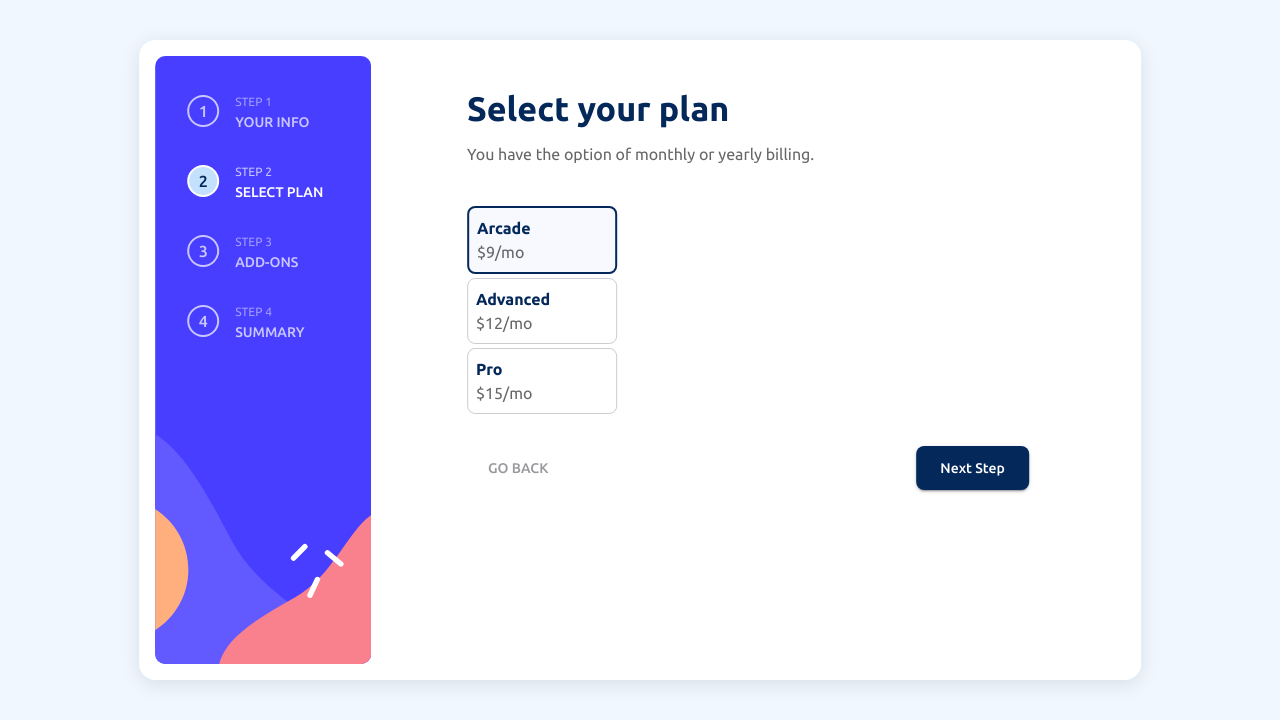
Repository: ozerrrs/chalange7days
Page: / (app in 7dayschalange/7dayschallange/), after clicking the first element matching `button.MuiButtonBase-root`
An editor plug-in stored every save of this project. The page is shown before and after the next save, followed by the edit.
The browser window is 1280 px wide. The pictures show the whole page.
The project was rebuilt for these pictures with package versions that can differ from the ones it lists, and the page was loaded fresh each time. Also part of the build but not shown: 7dayschalange/7dayschallange/vite.config.js.

Above is the page before, as saved 2025-03-05 15:34:20.

### 7dayschalange/7dayschallange/src/main.jsx
import * as React from "react";
import * as ReactDOM from "react-dom/client";
import { ThemeProvider } from "@mui/material/styles";
import { CssBaseline } from "@mui/material";
import theme from "./theme/theme";
import App from "./App";
import "./index.css";
ReactDOM.createRoot(document.getElementById("root")).render(
  <React.StrictMode>
    <ThemeProvider theme={theme}>
      <CssBaseline />
      <App />
    </ThemeProvider>
  </React.StrictMode>
);

### 7dayschalange/7dayschallange/src/theme/theme.jsx
import { createTheme } from "@mui/material/styles";

const theme = createTheme({
  typography: {
    fontFamily: "'Ubuntu', sans-serif",
    h4: {
      fontWeight: 700,
    },
    h2: {
      fontWeight: 500,
    },
  },
  components: {
    MuiCssBaseline: {
      styleOverrides: `
        body {
          background-color: #f0f7ff;
        }
      `,
    },
  },
});

export default theme;

### 7dayschalange/7dayschallange/src/App.jsx
import { Routes, Route, BrowserRouter } from "react-router-dom";
import FirstPage from "./pages/firstPage";
import "@fontsource/ubuntu/400.css"; // Regular
import "@fontsource/ubuntu/500.css"; // Medium
import "@fontsource/ubuntu/700.css"; // Bold
function App() {
  return (
    <BrowserRouter>
      <Routes>
        <Route path="/" element={<FirstPage />} />
        {/* <Route path="/about" element={<About />} />
          <Route path="/login" element={<Login />} />
          <Route path="/register" element={<Register />} /> */}
      </Routes>
    </BrowserRouter>
  );
}
export default App;

### 7dayschalange/7dayschallange/src/index.css
#root {
  height: 100vh;
  width: 100vw;
  background-color: #f0f7ff;
}

### 7dayschalange/7dayschallange/src/pages/firstPage.jsx
import React, { useState } from "react";
import {
  Box,
  TextField,
  Typography,
  Button,
  Stepper,
  Step,
  StepLabel,
  Paper,
  Container,
  Grid,
  CssBaseline,
  Radio,
  RadioGroup,
  FormControlLabel,
  FormControl,
} from "@mui/material";
import { styled, ThemeProvider } from "@mui/material/styles";
// Import the background image for the sidebar
import backgroundNav from "../assets/bg-sidebar-desktop.svg"; // Adjust the path as needed

const FormContainer = styled(Paper)(({ theme }) => ({
  padding: theme.spacing(2),
  borderRadius: 16,
  boxShadow: "0px 4px 20px rgba(0, 0, 0, 0.1)",
  display: "flex",
  overflow: "hidden",
  minWidth: 1000,
  minHeight: 640,
  margin: "0 auto",
  position: "absolute",
  top: "50%",
  left: "50%",
  transform: "translate(-50%, -50%)",
}));

const SideBar = styled(Box)(({ theme }) => ({
  padding: theme.spacing(4),
  borderRadius: "10px 10px 10px 10px",
  color: "white",
  width: 274,
  position: "relative",
  overflow: "hidden",
  background: "none",
  minHeight: 568,
}));

const ContentArea = styled(Box)(({ theme }) => ({
  paddingLeft: theme.spacing(12),
  paddingRight: theme.spacing(12),
  paddingTop: theme.spacing(4),
  paddingBottom: theme.spacing(4),
  width: "100%",
}));

const NextButton = styled(Button)(({ theme }) => ({
  backgroundColor: "#04285a",
  color: "white",
  borderRadius: 8,
  padding: "10px 24px",
  textTransform: "none", // This prevents uppercase text

  "&:hover": {
    backgroundColor: "#172b4d",
  },
}));

const StyledTextField = styled(TextField)(({ theme }) => ({
  marginBottom: theme.spacing(2),
  "& .MuiOutlinedInput-root": {
    borderRadius: "10px",
    "& fieldset": {
      borderRadius: "10px",
    },
  },
}));

const StepNumber = styled(Box)(({ theme, active }) => ({
  width: 32,
  height: 32,
  borderRadius: "50%",
  border: "2px solid white",
  display: "flex",
  alignItems: "center",
  justifyContent: "center",
  marginRight: theme.spacing(2),
  backgroundColor: active ? "#c3e0ff" : "transparent", // Blue background when active
  color: active ? "#04285a" : "white",
  fontWeight: 500,
}));

const StepItem = styled(Box)(({ theme, active }) => ({
  display: "flex",
  alignItems: "center",
  marginBottom: theme.spacing(3),
  opacity: active ? 1 : 0.7,
}));

const PlanCard = styled(Box)(({ theme, selected }) => ({
  padding: theme.spacing(1),
  borderRadius: 8,
  flex: 1,
  border: selected ? "2px solid #04285a" : "1px solid #ccc",
  backgroundColor: selected ? "#f8f9ff" : "transparent",
  cursor: "pointer",
  width: "150px",
  transition: "all 0.2s ease-in-out",
  display: "flex",
  "&:hover": {
    borderColor: "#04285a",
  },
}));

const steps = [
  { label: "YOUR INFO", description: "Personal details" },
  { label: "SELECT PLAN", description: "Choose your plan" },
  { label: "ADD-ONS", description: "Add extra features" },
  { label: "SUMMARY", description: "Review your order" },
];

function MultiStepForm() {
  const [activeStep, setActiveStep] = useState(0);
  const [formData, setFormData] = useState({
    name: "",
    email: "",
    phone: "",
    plan: "arcade", // Default plan
  });

  const handleInputChange = (e) => {
    const { name, value } = e.target;
    setFormData({
      ...formData,
      [name]: value,
    });
  };

  const handlePlanChange = (event) => {
    setFormData({
      ...formData,
      plan: event.target.value,
    });
  };

  const handleNext = () => {
    setActiveStep((prevActiveStep) => prevActiveStep + 1);
  };

  const handleBack = () => {
    setActiveStep((prevActiveStep) => prevActiveStep - 1);
  };

  const getStepContent = (step) => {
    switch (step) {
      case 0:
        return (
          <Box>
            <Typography
              variant="h4"
              gutterBottom
              fontWeight="bold"
              sx={{ color: "#04285a" }}
            >
              Personal info
            </Typography>
            <Typography color="textSecondary" paragraph>
              Please provide your name, email address, and phone number.
            </Typography>

            <Box mt={3}>
              <Typography fontWeight={500} mb={1} sx={{ color: "#04285a" }}>
                Name
              </Typography>
              <StyledTextField
                fullWidth
                placeholder="e.g. Stephen King"
                name="name"
                value={formData.name}
                onChange={handleInputChange}
                variant="outlined"
              />

              <Typography fontWeight={500} mb={1} sx={{ color: "#04285a" }}>
                Email Address
              </Typography>

              <StyledTextField
                fullWidth
                placeholder="e.g. stephenking@lorem.com"
                name="email"
                value={formData.email}
                onChange={handleInputChange}
                variant="outlined"
              />

              <Typography fontWeight={500} mb={1} sx={{ color: "#04285a" }}>
                Phone Number
              </Typography>

              <StyledTextField
                fullWidth
                placeholder="e.g. +1 234 567 890"
                name="phone"
                value={formData.phone}
                onChange={handleInputChange}
                variant="outlined"
                sx={{ mb: 8 }}
              />
            </Box>
          </Box>
        );
      case 1:
        return (
          <Box>
            <Typography
              variant="h4"
              gutterBottom
              fontWeight="bold"
              sx={{ color: "#04285a" }}
            >
              Select your plan
            </Typography>
            <Typography color="textSecondary" paragraph>
              You have the option of monthly or yearly billing.
            </Typography>

            <FormControl component="fieldset" sx={{ width: "100%", mt: 3 }}>
              <RadioGroup
                aria-label="plan"
                name="plan"
                value={formData.plan}
                onChange={handlePlanChange}
                sx={{ display: "flex", flexDirection: "column", gap: 0.5 }}
              >
                <FormControlLabel
                  value="arcade"
                  control={<Radio sx={{ display: "none" }} />}
                  label={
                    <PlanCard selected={formData.plan === "arcade"}>
                      <Box sx={{ width: "100%" }}>
                        <Typography fontWeight="bold" sx={{ color: "#04285a" }}>
                          Arcade
                        </Typography>
                        <Typography color="textSecondary">$9/mo</Typography>
                      </Box>
                    </PlanCard>
                  }
                  sx={{ margin: 0, width: "100%" }}
                />

                <FormControlLabel
                  value="advanced"
                  control={<Radio sx={{ display: "none" }} />}
                  label={
                    <PlanCard selected={formData.plan === "advanced"}>
                      <Box sx={{ width: "100%" }}>
                        <Typography fontWeight="bold" sx={{ color: "#04285a" }}>
                          Advanced
                        </Typography>
                        <Typography color="textSecondary">$12/mo</Typography>
                      </Box>
                    </PlanCard>
                  }
                  sx={{ margin: 0, width: "100%" }}
                />

                <FormControlLabel
                  value="pro"
                  control={<Radio sx={{ display: "none" }} />}
                  label={
                    <PlanCard selected={formData.plan === "pro"}>
                      <Box sx={{ width: "100%" }}>
                        <Typography fontWeight="bold" sx={{ color: "#04285a" }}>
                          Pro
                        </Typography>
                        <Typography color="textSecondary">$15/mo</Typography>
                      </Box>
                    </PlanCard>
                  }
                  sx={{ margin: 0, width: "100%" }}
                />
              </RadioGroup>
            </FormControl>
          </Box>
        );
      case 2:
        return (
          <Box>
            <Typography
              variant="h4"
              gutterBottom
              fontWeight="bold"
              sx={{ color: "#04285a" }}
            >
              Pick add-ons
            </Typography>
            <Typography color="textSecondary" paragraph>
              Add-ons help enhance your gaming experience.
            </Typography>
          </Box>
        );
      case 3:
        return (
          <Box>
            <Typography
              variant="h4"
              gutterBottom
              fontWeight="bold"
              sx={{ color: "#04285a" }}
            >
              Summary
            </Typography>
            <Typography color="textSecondary" paragraph>
              Please confirm your selections.
            </Typography>
            <Box sx={{ mt: 2, p: 2, bgcolor: "#f8f9ff", borderRadius: 2 }}>
              <Typography fontWeight="bold" sx={{ color: "#04285a" }}>
                Selected Plan:{" "}
                {formData.plan.charAt(0).toUpperCase() + formData.plan.slice(1)}
              </Typography>
            </Box>
          </Box>
        );
      default:
        return "Unknown step";
    }
  };

  return (
    <FormContainer>
      <SideBar>
        <Box
          sx={{
            position: "absolute",
            top: 0,
            left: 0,
            width: "100%",
            height: "100%",
            zIndex: 0,
          }}
        >
          <img
            src={backgroundNav}
            alt="background"
            style={{ width: "100%", height: "100%", objectFit: "cover" }}
          />
        </Box>
        <Box sx={{ position: "relative", zIndex: 1 }}>
          {steps.map((step, index) => (
            <StepItem key={index} active={activeStep === index}>
              <StepNumber active={activeStep === index}>{index + 1}</StepNumber>

              <Box>
                <Typography variant="caption" sx={{ opacity: 0.7 }}>
                  STEP {index + 1}
                </Typography>
                <Typography variant="subtitle2">{step.label}</Typography>
              </Box>
            </StepItem>
          ))}
        </Box>
      </SideBar>

      <ContentArea>
        {getStepContent(activeStep)}

        <Box sx={{ display: "flex", justifyContent: "flex-end", mt: 4 }}>
          {activeStep !== 0 && (
            <Button onClick={handleBack} sx={{ mr: 45, color: "#99989d" }}>
              Go Back
            </Button>
          )}
          <NextButton variant="contained" onClick={handleNext}>
            Next Step
          </NextButton>
        </Box>
      </ContentArea>
    </FormContainer>
  );
}

export default MultiStepForm;

Loaded but not shown: 7dayschalange/7dayschallange/index.html (common file)

After the next save:
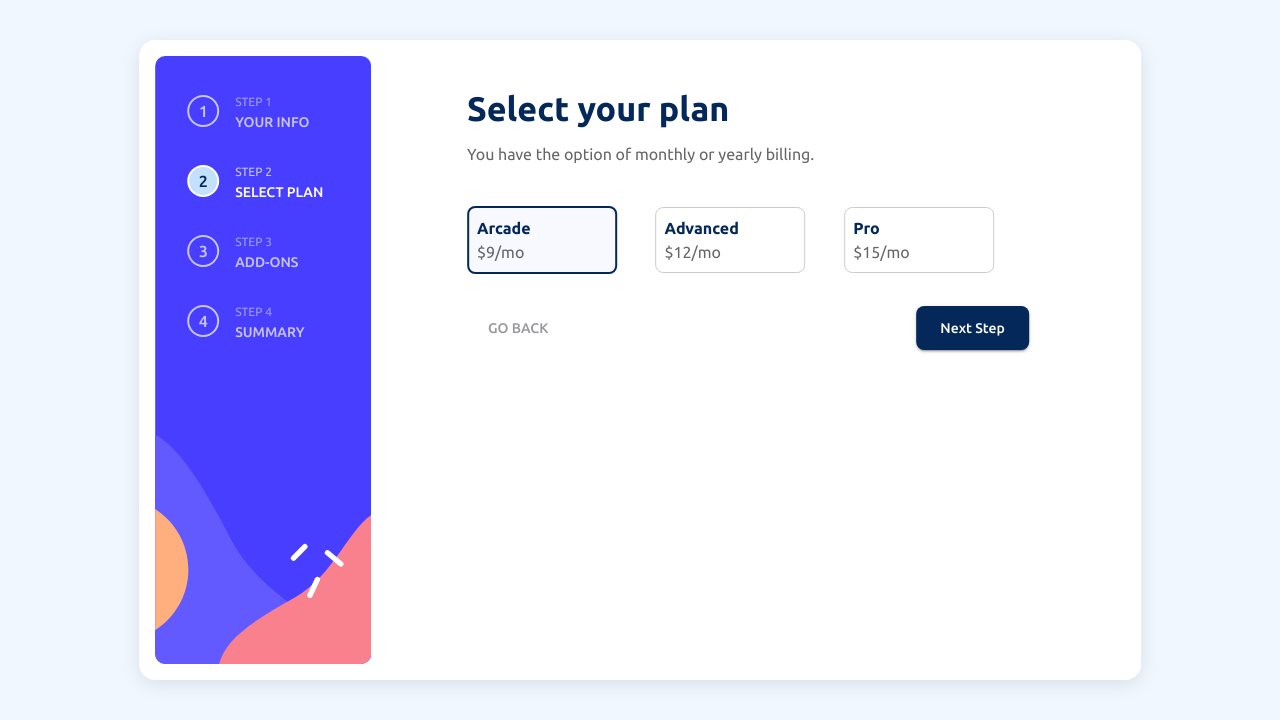
Saved 17 s later.
--- a/7dayschalange/7dayschallange/src/pages/firstPage.jsx
+++ b/7dayschalange/7dayschallange/src/pages/firstPage.jsx
@@ -231,7 +231,7 @@ function MultiStepForm() {
                 name="plan"
                 value={formData.plan}
                 onChange={handlePlanChange}
-                sx={{ display: "flex", flexDirection: "column", gap: 0.5 }}
+                sx={{ display: "flex", flexDirection: "row", gap: 0.5 }}
               >
                 <FormControlLabel
                   value="arcade"
@@ -246,7 +246,7 @@ function MultiStepForm() {
                       </Box>
                     </PlanCard>
                   }
-                  sx={{ margin: 0, width: "100%" }}
+                  sx={{ margin: 0, flex: 1 }}
                 />
 
                 <FormControlLabel
@@ -262,7 +262,7 @@ function MultiStepForm() {
                       </Box>
                     </PlanCard>
                   }
-                  sx={{ margin: 0, width: "100%" }}
+                  sx={{ margin: 0, flex: 1, width: "100%" }}
                 />
 
                 <FormControlLabel
@@ -278,7 +278,7 @@ function MultiStepForm() {
                       </Box>
                     </PlanCard>
                   }
-                  sx={{ margin: 0, width: "100%" }}
+                  sx={{ margin: 0, flex: 1, width: "100%" }}
                 />
               </RadioGroup>
             </FormControl>
